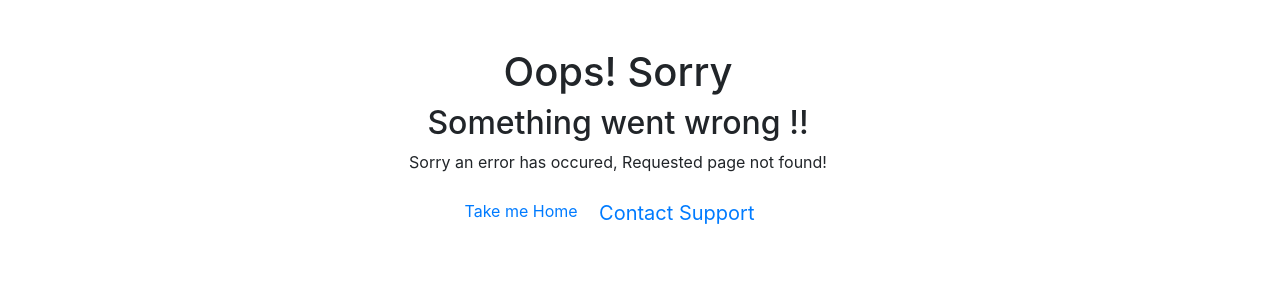
Repository: GovindParve/spring_mvc_maven_search_project
Page: http://localhost/springmvcsearch/WEB-INF/views/null_page.jsp
These files come from the project's save history. The page is drawn as it stood at one moment and after the next save; the edit follows.
The browser window is 1280 px wide. The pictures show the whole page.
Some web libraries are served in a nearby version. The page is served by Tomcat 9. Nobody is signed in. The template is opened directly, without the code that normally fills it, so the values that code supplies are empty.

Above is the page before, as saved 2023-06-18 18:03:08.

After the next save:
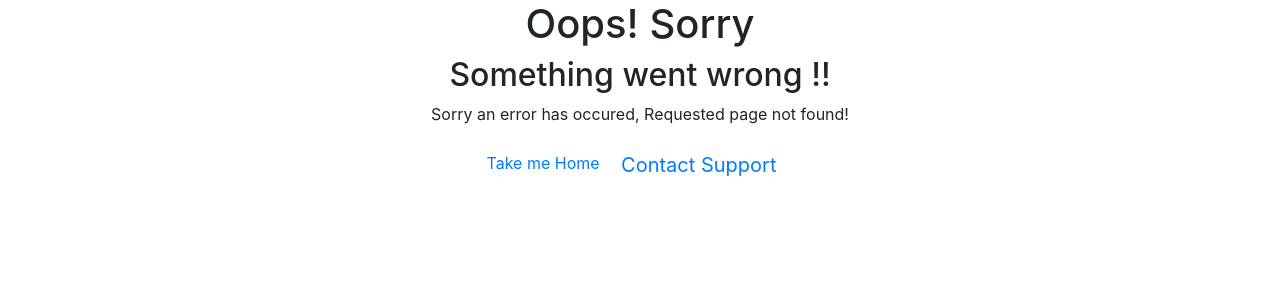
Saved 8 s later.
--- a/springmvcsearch/src/main/webapp/WEB-INF/views/null_page.jsp
+++ b/springmvcsearch/src/main/webapp/WEB-INF/views/null_page.jsp
@@ -29,7 +29,7 @@
 </head>
 <body>
 <%--   	<img alt="my image" src="<c:url value="/resources/image/tiger1.jpg" />"> --%>
-    <div class="container text-center m-5">
+    <div class="container text-center m-6">
     	<h1>Oops! Sorry</h1>
     	<h2>Something went wrong !!</h2>
     	<div class="error-details">
